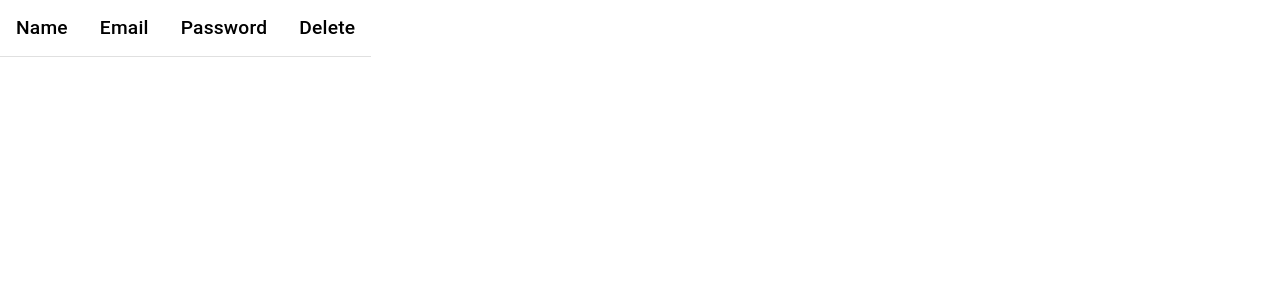
Repository: lalji-yadav/Register-Login-and-CRUD-using-token-and-Without-token-based
Page: /table
An editor plug-in stored every save of this project. The page is shown before and after the next save, followed by the edit.
The browser window is 1280 px wide. The pictures show the whole page.
The page's requests for data from a server got no answer. The project was rebuilt for these pictures with package versions that can differ from the ones it lists, and the page was loaded fresh each time. No one was signed in, and anything a server would have sent is missing. Also part of the build but not shown: src/App.css, src/auth/login.js, src/auth/register.js, src/components/reg.js.

Above is the page before, as saved 2021-02-02 20:45:12.

### src/App.js
import './App.css';
import Login from "./auth/login";
import Register from "./auth/register";
import Reg from "./components/reg";
import Table from "./components/table";
import {
  BrowserRouter as Router,
  Switch,
  Route
} from "react-router-dom";

function App() {
  return (
    <div>
      <Router>
        <Switch>
           <Route exact path="/" component={Register} />
           <Route exact path="/loginss" component={Login} />
           <Route exact path="/reg" component={Reg} />
           <Route exact path="/table" component={Table} />
        </Switch>
      </Router>
       {/* <Register /> */}
       {/* <Login /> */}
       {/* <Reg /> */}
    </div>
  );
}

export default App;

### src/components/table.js
import React,{useState, useEffect} from 'react';
import { Table,TableHead,TableRow,TableCell,TableBody,Button } from "@material-ui/core";
import axios from "axios";


const Tables = () => {
    const [data, setData] = useState([]);

    useEffect(() => {
        axios.get('http://localhost:3000/user').then((res) => {
             console.log(res)
            setData(res.data);
           // console.log(res.data);
        }).catch((error) => {
            console.log(error);
        });
    }, []);

    return (
        <div>
             <Table aria-label="simple table">
                    <div className="scroll-tab">

                    <TableHead>
                        <TableRow>
                            <TableCell style={{ fontSize: "1.5vw", color: "black" }}
                             align="center">Name</TableCell>
                            <TableCell style={{ fontSize: "1.5vw", color: "black" }}
                            align="center">Email</TableCell>
                            <TableCell style={{ fontSize: "1.5vw", color: "black" }}
                            align="center">Password</TableCell>
                            <TableCell style={{ fontSize: "1.5vw", color: "black" }}
                            align="center">Delete</TableCell>
                        </TableRow>
                    </TableHead>

                    <TableBody>
                        {data.filter((item) => !item.hidden).map((item, row) => (
                            <TableRow key={row.id}>
                                <TableCell style={{ fontSize: "1.3vw" }} align='center'>
                                    {item.name}
                                </TableCell>

                                <TableCell style={{ fontSize: "1.3vw" }} align="center">{item.email}
                                </TableCell>

                                <TableCell style={{ fontSize: "1.3vw" }} align="center">{item.mobile}
                                </TableCell>

                                {/* <TableCell style={{ fontSize: "1.3vw" }} align="center">
                                    {item.completed ? "True" : "False"}
                                </TableCell> */}

                                <TableCell style={{ fontSize: "1.3vw" }} align="center">
                                    <Button style={{ fontSize: "1vw" }}
                                    variant="contained"
                                     color="secondary">Delete</Button>
                                </TableCell>
                            </TableRow>
                        ))}
                    </TableBody>

                    </div>
                </Table>
        </div>
    );
};

export default Tables;

Loaded but not shown: public/index.html (common file); src/index.js (common file); src/index.css (common file); src/reportWebVitals.js (common file)

After the next save:
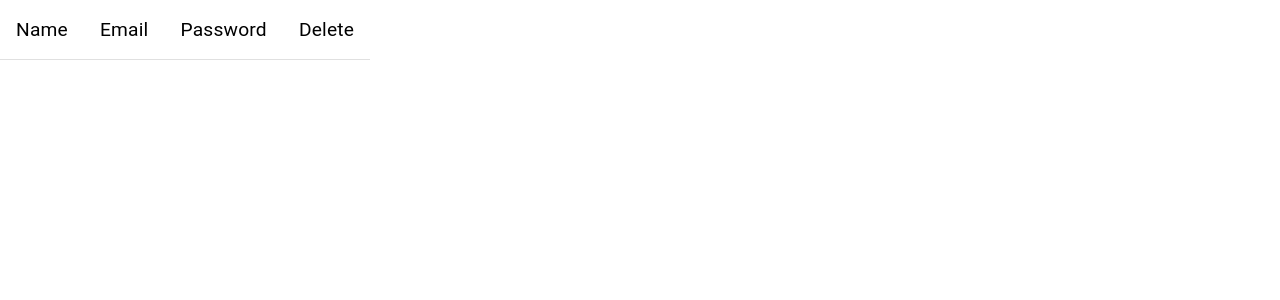
Saved 111 s later.
--- a/src/components/table.js
+++ b/src/components/table.js
@@ -21,7 +21,7 @@
              <Table aria-label="simple table">
                     <div className="scroll-tab">
 
-                    <TableHead>
+                    <thead>
                         <TableRow>
                             <TableCell style={{ fontSize: "1.5vw", color: "black" }}
                              align="center">Name</TableCell>
@@ -32,7 +32,7 @@
                             <TableCell style={{ fontSize: "1.5vw", color: "black" }}
                             align="center">Delete</TableCell>
                         </TableRow>
-                    </TableHead>
+                    </thead>
 
                     <TableBody>
                         {data.filter((item) => !item.hidden).map((item, row) => (

After the 3 saves that followed:
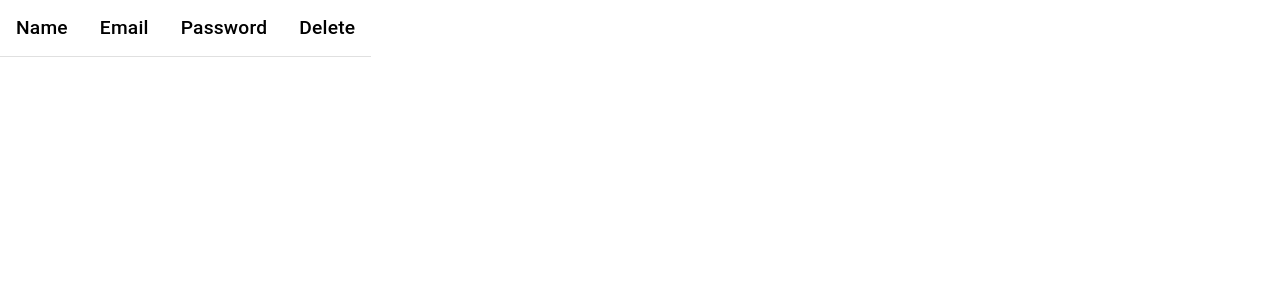
The 3 saves are shown as one change because 2 left the picture as it was.
The last was saved 3 min 28 s later.
--- a/src/components/table.js
+++ b/src/components/table.js
@@ -21,7 +21,7 @@
              <Table aria-label="simple table">
                     <div className="scroll-tab">
 
-                    <thead>
+                    <TableHead>
                         <TableRow>
                             <TableCell style={{ fontSize: "1.5vw", color: "black" }}
                              align="center">Name</TableCell>
@@ -32,10 +32,10 @@
                             <TableCell style={{ fontSize: "1.5vw", color: "black" }}
                             align="center">Delete</TableCell>
                         </TableRow>
-                    </thead>
+                    </TableHead>
 
                     <TableBody>
-                        {data.filter((item) => !item.hidden).map((item, row) => (
+                        {data.map((item, row) => (
                             <TableRow key={row.id}>
                                 <TableCell style={{ fontSize: "1.3vw" }} align='center'>
                                     {item.name}
